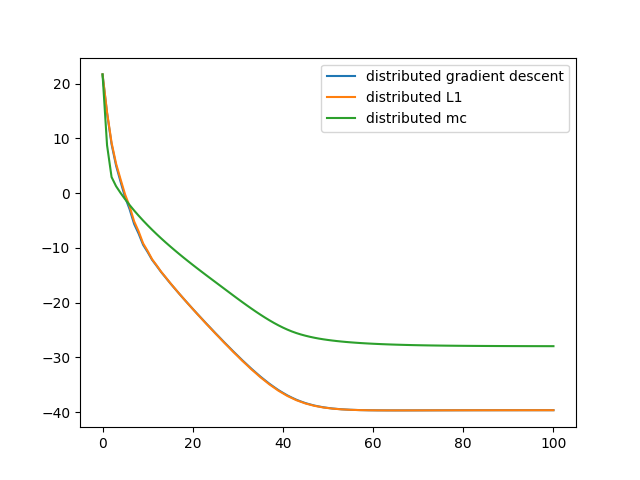
Repository: komuro-zero/distributed-optimization
Script's output: python main_weakly_sparse.py
An editor plug-in stored every save of this project. The script's output is shown before and after the next save, followed by the edit.
Random numbers start from a fixed seed.

Above is the script's output before, as saved 2019-09-25 08:59:20.

### main_weakly_sparse.py
import numpy as np
import matplotlib.pyplot as plt
from numpy.random import *
from modules.distributed_functions_wj import functions


np.random.seed(0)
class distributed_updates(functions):


    def __init__(self):

        self.N = 30
        self.m = 100
        self.r_i = 30
        self.iteration = 100
        self.sparsity_percentage = 0.2
        self.lamb = 10**-2
        self.eta = 0.08
        self.rho = self.lamb*(5**2)
        if self.lamb/self.rho <= self.eta*self.lamb:
            print("faulty rho")
            exit()

    def make_variables(self):
        """
        w_star,U_all,d_allを返㝙
        """
        how_weak = 0.1
        w = randn(self.N,1)
        w_star = self.w_star_weakly_sparse(self.N,self.sparsity_percentage,0.1)
        U_all = randn(self.m,self.N)
        w_star_noise = w_star +randn(self.N,1)/1000
        #w_star_noise = w_star_noise/np.dot(w_star_noise.T,w_star_noise)
        d_all = np.dot(U_all,w_star_noise)
        L2 = np.dot(w_star.T,w_star)

        return w,w_star,U_all,d_all,L2,w_star_noise

    def run(self):
        w,w_star,U_all,d_all,L2,w_star_noise = self.make_variables()
        c = self.adjacency_matrix(self.m,self.r_i)
        w_all = self.make_w(self.m,self.N)

        #error,wcgd = self.centralized_gradient_descent(U_all,d_all,w,w_star,L2,0.0035,self.iteration)
        #error,wcl1 = self.centralized_L1(U_all,d_all,w,w_star,L2,10**-4,0.0036,self.iteration)
        #error,wcmc = self.centralized_mc(U_all,d_all,w,w_star,L2,5*10**-1,0.0036,5*10**-1*(23.57**2),self.iteration)
        #self.distributed_gradient_descent_wj(U_all,d_all,w_star,L2,self.N,self.m,self.r_i,0.25,self.iteration,c,w_all,wcgd)
        #self.distributed_L1_wj(U_all,d_all,w_star,L2,self.N,self.m,self.r_i,10**-4,0.24,self.iteration,c,w_all,wcl1)
        #self.distributed_mc_wj(U_all,d_all,w_star,L2,self.N,self.m,self.r_i,self.lamb,self.eta,self.rho,self.iteration,c,w_all,wcmc)
        self.distributed_gradient_descent(U_all,d_all,w_star,L2,self.N,self.m,self.r_i,0.22,self.iteration,c,w_all)
        self.distributed_L1(U_all,d_all,w_star,L2,self.N,self.m,self.r_i,10**-6,0.224,self.iteration,c,w_all)
        self.distributed_mc(U_all,d_all,w_star,L2,self.N,self.m,self.r_i,self.lamb,self.eta,self.rho,self.iteration,c,w_all)

        #error = [cgd[-1],cl1,cmc[-1],dgd[-1],dl1[-1],dmc[-1]]
        #return error[-1]#w_star,w_star_noise,wcgd,wcl1,wcmc

"""
    #not completed
    def run_distributed(self):
        w,w_star,U_all,d_all,L2 = self.make_variables()

        lamb_l1 = 9*10**-5
        lamb_mc = 10**-3
        eta_gd = 0.1
        eta_l1 = 0.09
        eta_mc = 0.01

        self.distributed(U_all,d_all,w_star,L2,self.N,self.m,self.r_i,lamb_l1,lamb_mc,eta_gd,eta_l1,eta_mc,self.rho,self.iteration)
"""


if __name__ == "__main__":
    simulation = distributed_updates()
    cgd=cl1=cmc=dgd=dl1=dmc=[]
    for i in range(1):
        simulation.run()
        #cgd.append(error)
        """
        error = simulation.run()
        cgd.append(error[0])
        cl1.append(error[1])
        cmc.append(error[2])
        dgd.append(error[3])
        dl1.append(error[4])
        dmc.append(error[5])

        print("iteration:",i)
        """
    #times = range(len(cgd))

    #print("average:",sum(cgd)/len(cgd),"\n max:",max(cgd))
    #print("w_star:",w_star,"\nwcgd:",wcgd-w_star_noise,"\nwcl1:",wcl1-w_star_noise,"\nwcmc:",wcmc-w_star_noise)
    #plt.bar(times,cgd)
    plt.legend()
    plt.show()

### modules/distributed_functions_wj.py
#functions used in each simulations
import numpy as np
from numpy.random import *
import matplotlib.pyplot as plt

np.random.seed(0)

class functions():
	def w_star(self,N,sparse_percentage):
		w_star = randn(N,1)     #平均は0
		before_length = len(w_star)
		after_length = before_length
		while (after_length / before_length) > sparse_percentage:
			a = randint(0,N-1)
			w_star[a] = 0
			after_length = len(np.unique(w_star))-1  #重複要素の削除
		return w_star

	def w_star_weakly_sparse(self,N,sparse_percentage,how_weak):
		w_star = randn(N,1)     #平均は0
		before_length = len(w_star)
		after_length = before_length
		while (after_length / before_length) > sparse_percentage:
			a = randint(0,N-1)
			w_star[a] = 0
			after_length = len(np.unique(w_star))-1  #重複要素の削除
		w_star_prox = np.zeros((len(w_star),1))
		for i in range(len(w_star)):
			if w_star[i] == 0:
				w_star_prox[i] = randn()
		w_star_prox = w_star_prox/np.dot(w_star_prox.T,w_star_prox)
		w_star = w_star/np.dot(w_star.T,w_star)
		w_star += how_weak*w_star_prox
		return w_star

	def w_star_weakly_sparse_sample(self,N,sparse_percentage):
		w_star = self.w_star(N,sparse_percentage)
		for i in range(len(w_star)):
			if w_star[i] == 0:
				w_star[i] = 0.0001
			else:
				w_star[i] = 1
		return w_star

	def db(self,x, y):
		db = 10 * np.log10(x / y)
		return db[0][0]

	def adjacency_matrix(self,m,r_i):
		"""
		disjointed example
		a = [1]*r_i
		b = [0]*(m-r_i)
		a.extend(b)
		c = [1]*r_i
		d = [0]*(m-r_i)
		d.extend(c)
		aa = [a]*int(m/2)
		dd = [d]*int(m/2)
		dd.extend(aa)
		result = np.array(dd)
		for i in range(len(result)):
			result[i][i]=1

		"""
		c = np.eye(m)
		for j in range(m):
			counter = 0
			while counter != r_i:
				random_num = np.random.randint(0,m-1)
				if c[j][random_num] != 1:
					c[j][random_num] = 1
					counter += 1
		return c

	def w_average(self,w_all,w_star):
		result = [0]*len(w_all[0])
		for row in w_all:
			result += row
		result = result/len(w_all)
		x = range(len(result))
		return result

	def make_w(self,m,N):
		w = randn(N,1).T
		for i in range(m-1):
			w = np.concatenate((w,randn(N,1).T))
		return w

	def centralized_gradient_descent(self,Ut,d,w,w_star,L2,eta,iteration):
		error = [self.db(np.dot((w-w_star).T,w-w_star)[0],L2)]
		times = [0]
		one_error =0
		U = Ut.T
		for i in range(iteration):
			w = w - 2*eta*(np.dot(U,(np.dot(Ut,w)-d)))
			one_error = np.dot((w-w_star).T,w-w_star)[0]
			error.append(self.db(one_error,L2))
			times.append(i+1)
		#plt.plot(times,error,label = "centralized gradient descent")
		return error,w

	def centralized_L1(self,Ut,d,w,w_star,L2,lamb,eta,iteration):
		error = [self.db(np.dot((w-w_star).T,w-w_star)[0],L2)]
		times = [0]
		one_error =0
		U = Ut.T
		for i in range(iteration):
			w = w - 2*eta*(np.dot(U,(np.dot(Ut,w)-d)))
			for j in range(len(w)):
				if w[j] > 0 and lamb < abs(w[j]):
					w[j] -= lamb
				elif w[j] < 0 and lamb < abs(w[j]):
					w[j] += lamb
				else:
					w[j] = 0
			one_error = np.dot((w-w_star).T,w-w_star)[0]
			error.append(self.db(one_error,L2))
			times.append(i+1)
		#exec("plt.plot(times,error,label = 'centralized_L1')")
		return error,w

	def centralized_mc(self,Ut,d,w,w_star,L2,lamb,eta,rho,iteration):
		error = [self.db(np.dot((w-w_star).T,w-w_star)[0],L2)]
		times = [0]
		one_error =0
		U = Ut.T
		for i in range(iteration):
			w = w - 2*eta*(np.dot(U,(np.dot(Ut,w)-d)))
			for j in range(len(w)):
				if abs(w[j]) < eta*lamb:
					w[j] = 0
				elif eta*lamb < abs(w[j]) and abs(w[j]) < lamb/rho:
					w[j] = w[j]*(abs(w[j])-eta*lamb)/(abs(w[j])*(1-eta*rho))
				elif lamb/rho <= abs(w[j]):
					w[j] = w[j]
				else:
					print("banana")
			one_error = np.dot((w-w_star).T,w-w_star)[0]
			error.append(self.db(one_error,L2))
			times.append(i+1)
			one_error = 0
		#plt.plot(times,error,label = "centralized_mc")
		return error,w

	def one_gradient_descent(self,Ut,d,w,eta):
		U = Ut.T
		w = w - 2*eta*((U*(np.dot(Ut,w)-d)))
		return w

	def one_L1(self,Ut,d,w,lamb,eta):
		U = Ut.T
		w = w - 2*eta*((U*(np.dot(Ut,w)-d)))
		for j in range(len(w)):
			if w[j] > 0 and lamb < abs(w[j]):
				w[j] -= lamb
			elif w[j] < 0 and lamb < abs(w[j]):
				w[j] += lamb
			else:
				w[j] = 0
		return w

	def one_mc(self,Ut,d,w,lamb,eta,rho):
		U = Ut.T
		w = w - 2*eta*((U*(np.dot(Ut,w)-d)))
		for j in range(len(w)):
			if abs(w[j]) < eta*lamb:
				w[j] = 0
			elif eta*lamb < abs(w[j]) and abs(w[j]) < lamb/rho:
				w[j] = w[j]*(abs(w[j])-eta*lamb)/(abs(w[j])*(1-eta*rho))
			elif lamb/rho <= abs(w[j]):
				w[j] = w[j]
			else:
				print("banana")
		return w

	def distributed_gradient_descent(self,Ut,d,w_star,L2,N,m,r_i,eta,iteration,c,w_all_f):
		average_error = [0]
		for i in range(1,m+1,1):
			exec("u_%d = Ut[%d]" % (i,i-1))
			exec("d_%d = d[%d][0]" % (i,i-1))
			exec("w_%d = np.reshape(w_all_f[%d],(N,1)).ravel() " % (i,i-1))
			exec("w_next_%d = w_%d" % (i,i))
			exec("error_w_%d = []" % (i))
			exec("one_error_%d =[]" % (i))
			exec("average_error[0] += self.db(np.dot((w_%d-w_star.ravel()).T,w_%d-w_star.ravel()),L2)"%(i,i))
		average_error[0] = average_error[0]/m
		times = [0]
		for i in range(iteration):
			for j in range(1,m+1,1):
				exec("w_%d = self.one_gradient_descent(u_%d,d_%d,w_%d,eta)" % (j,j,j,j))
				exec("w_next_%d = w_%d" % (j,j))
			exec("w_all = [w_next_1]")
			for j in range(2,m+1):
				exec("w_all = np.concatenate((w_all,[w_next_%d]))" %(j))
			exec("average = (1/(r_i+1))*np.dot(c,w_all)")
			for j in range(1,m+1,1):
				exec("w_%d = average[%d]" % (j,j-1))
			for j in range(1,m+1,1):
				exec("one_error_%d = np.dot((w_%d-w_star.ravel()).T,w_%d-w_star.ravel())" % (j,j,j))
				#exec("print(one_error_%d)"%(j))
				exec("error_w_%d.append(self.db(one_error_%d,L2))" % (j,j))
			times.append(i+1)
		exec("w_average = self.w_average(w_all,w_star)")
		for i in range(iteration):
			exec("average_error.append(error_w_1[%d])" % (i))
			for j in range(2,m+1,1):
				exec("average_error[%d] += error_w_%d[%d]" % (i+1,j,i))
			average_error[i+1] = average_error[i+1]/m
		plt.plot(times,average_error,label = 'distributed gradient descent')
		plt.legend()
		return average_error

	def distributed_L1(self,Ut,d,w_star,L2,N,m,r_i,lamb,eta,iteration,c,w_all_f):
		average_error = [0]
		for i in range(1,m+1,1):
			exec("u_%d = Ut[%d]" % (i,i-1))
			exec("d_%d = d[%d][0]" % (i,i-1))
			exec("w_%d = np.reshape(w_all_f[%d],(N,1)).ravel() " % (i,i-1))
			exec("w_next_%d = w_%d" % (i,i))
			exec("error_w_%d = []" % (i))
			exec("one_error_%d =[]" % (i))
			exec("average_error[0] += self.db(np.dot((w_%d-w_star.ravel()).T,w_%d-w_star.ravel()),L2)"%(i,i))
		average_error[0] = average_error[0]/m

		times = [0]
		for i in range(iteration):
			for j in range(1,m+1,1):
				exec("w_%d = self.one_L1(u_%d,d_%d,w_%d,lamb,eta)" % (j,j,j,j))
				exec("w_next_%d = w_%d" % (j,j))
			exec("w_all = [w_next_1]")
			for j in range(2,m+1):
				exec("w_all = np.concatenate((w_all,[w_next_%d]))" %(j))
			exec("average = (1/(r_i+1))*np.dot(c,w_all)")
			for j in range(1,m+1,1):
				exec("w_%d = average[%d]" % (j,j-1))
			for j in range(1,m+1,1):
				exec("one_error_%d = np.dot((w_%d-w_star.ravel()).T,w_%d-w_star.ravel())" % (j,j,j))
				exec("error_w_%d.append(self.db(one_error_%d,L2))" % (j,j))
			times.append(i+1)
		exec("w_average = self.w_average(w_all,w_star)")
		for i in range(iteration):
			exec("average_error.append(error_w_1[%d])" % (i))
			for j in range(2,m+1,1):
				exec("average_error[%d] += error_w_%d[%d]" % (i+1,j,i))
			average_error[i+1] = average_error[i+1]/m
		plt.plot(times,average_error,label = 'distributed L1')
		plt.legend()
		return average_error

	def distributed_mc(self,Ut,d,w_star,L2,N,m,r_i,lamb,eta,rho,iteration,c,w_all_f):
		average_error = [0]
		for i in range(1,m+1,1):
			exec("u_%d = Ut[%d]" % (i,i-1))
			exec("d_%d = d[%d][0]" % (i,i-1))
			exec("w_%d = np.reshape(w_all_f[%d],(N,1)).ravel() " % (i,i-1))
			exec("w_next_%d = w_%d" % (i,i))
			exec("error_w_%d = []" % (i))
			exec("one_error_%d =[]" % (i))
			exec("average_error[0] += self.db(np.dot((w_%d-w_star.ravel()).T,w_%d-w_star.ravel()),L2)"%(i,i))
		average_error[0] = average_error[0]/m
		times = [0]
		for i in range(iteration):
			for j in range(1,m+1,1):
				exec("w_%d = self.one_mc(u_%d,d_%d,w_%d,lamb,eta,rho)" % (j,j,j,j))
				exec("w_next_%d = w_%d" % (j,j))
			exec("w_all = [w_next_1]")
			for j in range(2,m+1):
				exec("w_all = np.concatenate((w_all,[w_next_%d]))" %(j))
			exec("average = (1/(r_i+1))*np.dot(c,w_all)")
			for j in range(1,m+1,1):
				exec("w_%d = average[%d]" % (j,j-1))
			for j in range(1,m+1,1):
				exec("one_error_%d = np.dot((w_%d-w_star.ravel()).T,w_%d-w_star.ravel())" % (j,j,j))
				exec("error_w_%d.append(self.db(one_error_%d,L2))" % (j,j))
			times.append(i+1)
		exec("w_average = self.w_average(w_all,w_star)")
		for i in range(iteration):
			exec("average_error.append(error_w_1[%d])" % (i))
			for j in range(2,m+1,1):
				exec("average_error[%d] += error_w_%d[%d]" % (i+1,j,i))
			average_error[i+1] = average_error[i+1]/m
		plt.plot(times,average_error,label = 'distributed mc')
		plt.legend()
		return average_error

	def distributed_gradient_descent_wj(self,Ut,d,w_star,L2,N,m,r_i,eta,iteration,c,w_all_f,wj):
		average_error = [0]
		L2wj = np.dot(wj.T,wj)
		for i in range(1,m+1,1):
			exec("u_%d = Ut[%d]" % (i,i-1))
			exec("d_%d = d[%d][0]" % (i,i-1))
			exec("w_%d = np.reshape(w_all_f[%d],(N,1)).ravel() " % (i,i-1))
			exec("w_next_%d = w_%d" % (i,i))
			exec("error_w_%d = []" % (i))
			exec("one_error_%d =[]" % (i))
			exec("average_error[0] += self.db(np.dot((w_%d-wj.ravel()).T,w_%d-wj.ravel()),L2wj)"%(i,i))
		average_error[0] = average_error[0]/m
		times = [0]
		for i in range(iteration):
			for j in range(1,m+1,1):
				exec("w_%d = self.one_gradient_descent(u_%d,d_%d,w_%d,eta)" % (j,j,j,j))
				exec("w_next_%d = w_%d" % (j,j))
			exec("w_all = [w_next_1]")
			for j in range(2,m+1):
				exec("w_all = np.concatenate((w_all,[w_next_%d]))" %(j))
			exec("average = (1/(r_i+1))*np.dot(c,w_all)")
			for j in range(1,m+1,1):
				exec("w_%d = average[%d]" % (j,j-1))
			for j in range(1,m+1,1):
				exec("one_error_%d = np.dot((w_%d-wj.ravel()).T,w_%d-wj.ravel())" % (j,j,j))
				#exec("print(one_error_%d)"%(j))
				exec("error_w_%d.append(self.db(one_error_%d,L2wj))" % (j,j))
			times.append(i+1)
		for i in range(iteration):
			exec("average_error.append(error_w_1[%d])" % (i))
			for j in range(2,m+1,1):
				exec("average_error[%d] += error_w_%d[%d]" % (i+1,j,i))
			average_error[i+1] = average_error[i+1]/m
		#exec("plt.plot(times,average_error,label = 'wj distributed gradient descent')")
		return average_error

	def distributed_L1_wj(self,Ut,d,w_star,L2,N,m,r_i,lamb,eta,iteration,c,w_all_f,wj):
		average_error = [0]
		L2wj = np.dot(wj.T,wj)
		for i in range(1,m+1,1):
			exec("u_%d = Ut[%d]" % (i,i-1))
			exec("d_%d = d[%d][0]" % (i,i-1))
			exec("w_%d = np.reshape(w_all_f[%d],(N,1)).ravel() " % (i,i-1))
			exec("w_next_%d = w_%d" % (i,i))
			exec("error_w_%d = []" % (i))
			exec("one_error_%d =[]" % (i))
			exec("average_error[0] += self.db(np.dot((w_%d-wj.ravel()).T,w_%d-wj.ravel()),L2wj)"%(i,i))
		average_error[0] = average_error[0]/m

		times = [0]
		for i in range(iteration):
			for j in range(1,m+1,1):
				exec("w_%d = self.one_L1(u_%d,d_%d,w_%d,lamb,eta)" % (j,j,j,j))
				exec("w_next_%d = w_%d" % (j,j))
			exec("w_all = [w_next_1]")
			for j in range(2,m+1):
				exec("w_all = np.concatenate((w_all,[w_next_%d]))" %(j))
			exec("average = (1/(r_i+1))*np.dot(c,w_all)")
			for j in range(1,m+1,1):
				exec("w_%d = average[%d]" % (j,j-1))
			for j in range(1,m+1,1):
				exec("one_error_%d = np.dot((w_%d-wj.ravel()).T,w_%d-wj.ravel())" % (j,j,j))
				exec("error_w_%d.append(self.db(one_error_%d,L2wj))" % (j,j))
			times.append(i+1)
		for i in range(iteration):
			exec("average_error.append(error_w_1[%d])" % (i))
			for j in range(2,m+1,1):
				exec("average_error[%d] += error_w_%d[%d]" % (i+1,j,i))
			average_error[i+1] = average_error[i+1]/m
		exec("plt.plot(times,average_error,label = 'wj distributed L1')")
		return average_error

	def distributed_mc_wj(self,Ut,d,w_star,L2,N,m,r_i,lamb,eta,rho,iteration,c,w_all_f,wj):
		average_error = [0]
		L2wj = np.dot(wj.T,wj)
		for i in range(1,m+1,1):
			exec("u_%d = Ut[%d]" % (i,i-1))
			exec("d_%d = d[%d][0]" % (i,i-1))
			exec("w_%d = np.reshape(w_all_f[%d],(N,1)).ravel() " % (i,i-1))
			exec("w_next_%d = w_%d" % (i,i))
			exec("error_w_%d = []" % (i))
			exec("one_error_%d =[]" % (i))
			exec("average_error[0] += self.db(np.dot((w_%d-wj.ravel()).T,w_%d-wj.ravel()),L2wj)"%(i,i))
		average_error[0] = average_error[0]/m
		times = [0]
		for i in range(iteration):
			for j in range(1,m+1,1):
				exec("w_%d = self.one_mc(u_%d,d_%d,w_%d,lamb,eta,rho)" % (j,j,j,j))
				exec("w_next_%d = w_%d" % (j,j))
			exec("w_all = [w_next_1]")
			for j in range(2,m+1):
				exec("w_all = np.concatenate((w_all,[w_next_%d]))" %(j))
			exec("average = (1/(r_i+1))*np.dot(c,w_all)")
			for j in range(1,m+1,1):
				exec("w_%d = average[%d]" % (j,j-1))
			for j in range(1,m+1,1):
				exec("one_error_%d = np.dot((w_%d-wj.ravel()).T,w_%d-wj.ravel())" % (j,j,j))

				exec("error_w_%d.append(self.db(one_error_%d,L2wj))" % (j,j))
			times.append(i+1)
		for i in range(iteration):
			exec("average_error.append(error_w_1[%d])" % (i))
			for j in range(2,m+1,1):
				exec("average_error[%d] += error_w_%d[%d]" % (i+1,j,i))
			average_error[i+1] = average_error[i+1]/m
		exec("plt.plot(times,average_error,label = 'wj distributed mc')")
		return average_error

After the next save:
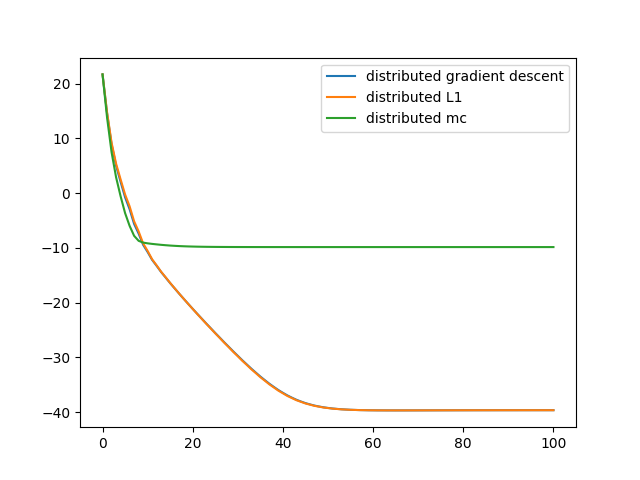
Saved 3 min 32 s later.
--- a/main_weakly_sparse.py
+++ b/main_weakly_sparse.py
@@ -15,9 +15,9 @@ class distributed_updates(functions):
         self.r_i = 30
         self.iteration = 100
         self.sparsity_percentage = 0.2
-        self.lamb = 10**-2
-        self.eta = 0.08
-        self.rho = self.lamb*(5**2)
+        self.lamb = 10**-1
+        self.eta = 0.2
+        self.rho = self.lamb*(0.1**2)
         if self.lamb/self.rho <= self.eta*self.lamb:
             print("faulty rho")
             exit()
